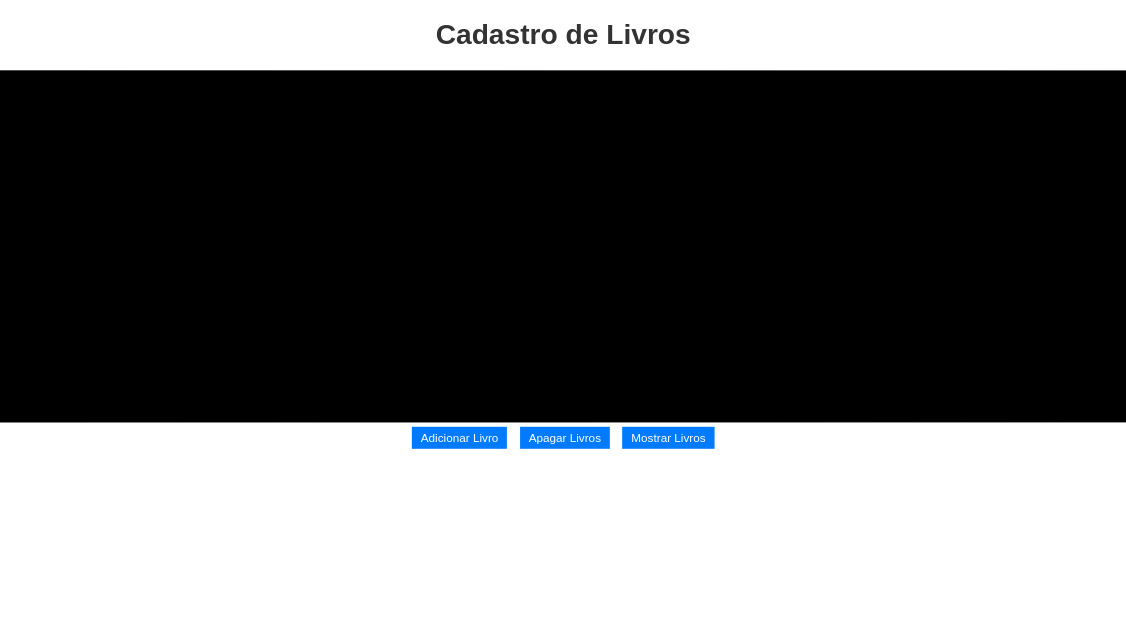
Repository: Matheus904-12/JS-BIN
Page: iindex.html
An editor plug-in stored every save of this project. The page is shown before and after a run of saves, followed by the edit.
The browser window is 1280 px wide. The pictures show the whole page, at 88% of full size.
The page's requests for data from a server got no answer.

Above is the page before, as saved 2023-08-23 10:48:17.

After the next 2 saves:
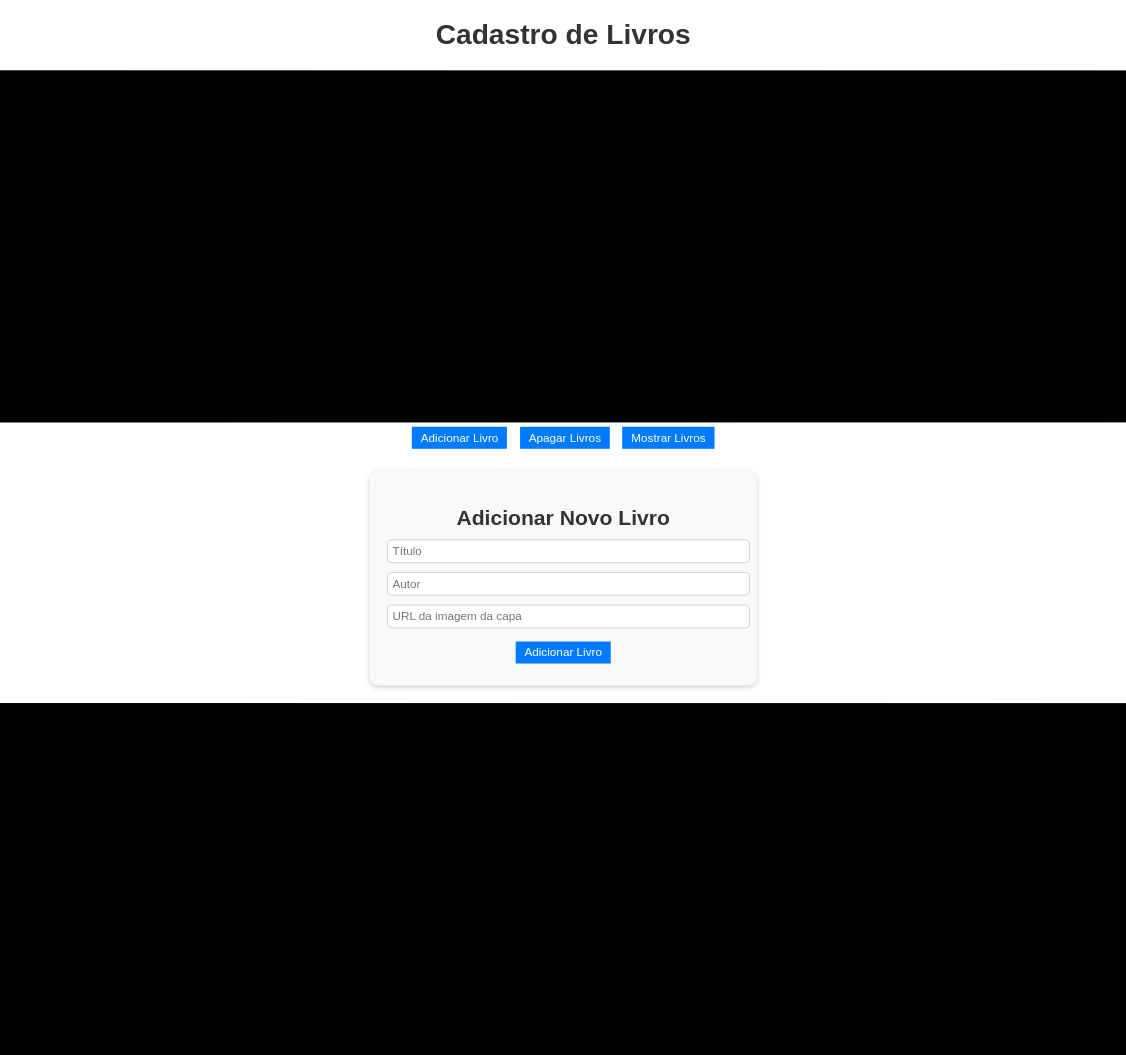
The 2 saves are shown as one change because they came seconds apart.
The last was saved 37 s later.
--- a/iindex.html
+++ b/iindex.html
@@ -18,7 +18,19 @@
   <button id="delete-books">Apagar Livros</button>
   <button id="show-books">Mostrar Livros</button>
   <p id="status"></p>
-
+  <div class="book-entry">
+    <h2>Adicionar Novo Livro</h2>
+    <input type="text" id="title" placeholder="Título">
+    <input type="text" id="author" placeholder="Autor">
+    <input type="text" id="imageUrl" placeholder="URL da imagem da capa">
+    <button id="add-book">Adicionar Livro</button>
+  </div>
+  <div class="carousel">
+    <div class="carousel-container" id="carousel-container">
+      <!-- Carrossel preenchido dinamicamente pelo script.js -->
+    </div>
+    <div class="carousel-gradient"></div>
+  </div>
   <script src="ipt.js"></script>
 </body>
 </html>
